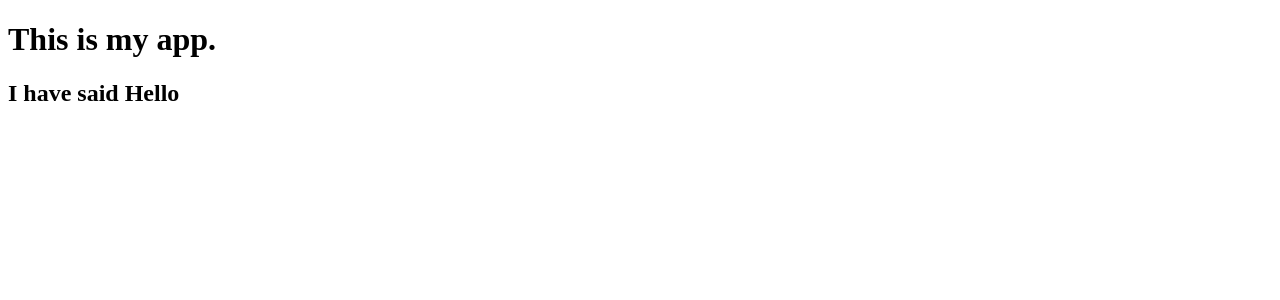
Repository: mistikel/Java-Servlet-3
Page: Java Servlet 3 Exercise/project4-exercise/SampleServlet/WebContent/index.html
These files come from the project's save history. The page is drawn as it stood at one moment and after the next save; the edit follows.
The browser window is 1280 px wide. The pictures show the whole page.

Above is the page before, as saved 2017-04-21 01:50:45.

### Java Servlet 3 Exercise/project4-exercise/SampleServlet/WebContent/index.html
<!DOCTYPE html>
<html>
<head>
<meta charset="ISO-8859-1">
<title>Welcome Page</title>
</head>
<body>
	<h1>This is my app.</h1>
	<h2>I have said Hello</h2>
</body>
</html>

After the next save:
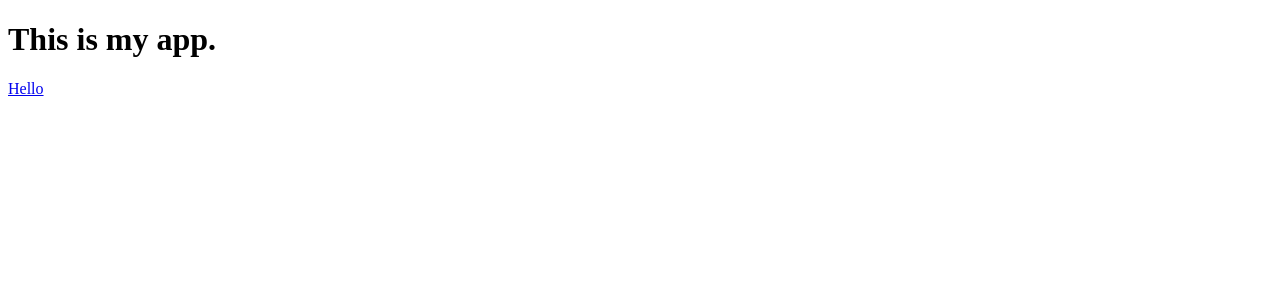
Saved 58 s later.
--- a/Java Servlet 3 Exercise/project4-exercise/SampleServlet/WebContent/index.html
+++ b/Java Servlet 3 Exercise/project4-exercise/SampleServlet/WebContent/index.html
@@ -6,6 +6,6 @@
 </head>
 <body>
 	<h1>This is my app.</h1>
-	<h2>I have said Hello</h2>
+	<a href="/SampleServlet/Servlet">Hello</a>
 </body>
 </html>
